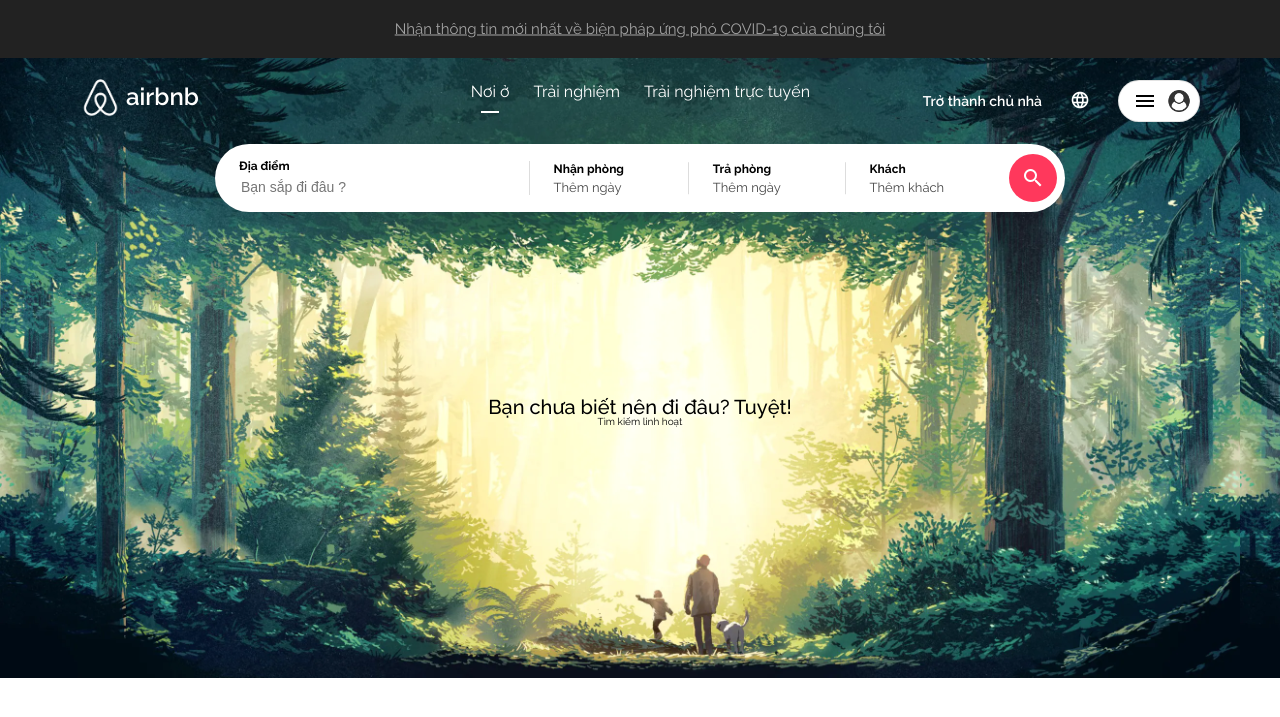
Repository: vanntrong/airbnb-clone
Page: index.html
These files come from the project's save history. The page is drawn as it stood at one moment and after a run of saves; the edit follows.
The browser window is 1280 px wide. The pictures show the whole page.

Above is the page before, as saved 2021-09-22 07:23:50.

### index.html
<!DOCTYPE html>
<html lang="en">
  <head>
    <meta charset="UTF-8" />
    <meta http-equiv="X-UA-Compatible" content="IE=edge" />
    <meta name="viewport" content="width=device-width, initial-scale=1.0" />
    <title>AirBnB</title>
    <link href="https://fonts.googleapis.com/css2?family=Material+Icons" rel="stylesheet" />
    <link rel="preconnect" href="https://fonts.googleapis.com" />
    <link rel="preconnect" href="https://fonts.gstatic.com" crossorigin />
    <link rel="preconnect" href="https://fonts.googleapis.com" />
    <link rel="preconnect" href="https://fonts.gstatic.com" crossorigin />
    <link
      href="https://fonts.googleapis.com/css2?family=Raleway:wght@200;300;400;500;600;700&display=swap"
      rel="stylesheet"
    />
    <link href="https://fonts.googleapis.com/css2?family=Material+Icons+Outlined" rel="stylesheet" />
    <link href="https://fonts.googleapis.com/css2?family=Material+Icons+Round" rel="stylesheet" />
    <link href="https://fonts.googleapis.com/css2?family=Material+Icons+Sharp" rel="stylesheet" />
    <link href="https://fonts.googleapis.com/css2?family=Material+Icons+Two+Tone" rel="stylesheet" />
    <link rel="stylesheet" href="./assets/css/reset.css" />
    <link rel="stylesheet" href="./assets/css/base.css" />
    <link rel="stylesheet" href="./assets/css/style.css" />
  </head>
  <body>
    <header class="header">
      <div class="header__covid">
        <a href="https://covid19.gov.vn/">Nhận thông tin mới nhất về biện pháp ứng phó COVID-19 của chúng tôi</a>
      </div>
      <div class="header__container">
        <nav class="header__nav">
          <div class="header__logo">
            <a href="" class="header__logo-link">
              <img src="./assets/images/logo.png" alt="Logo AirBnb" class="header__logo-img" />
              <span class="header__logo-name">airbnb</span>
            </a>
          </div>
          <div class="header__exp">
            <ul class="header__exp-list">
              <li class="header__exp-item">
                <div class="header-exp-link active">Nơi ở</div>
              </li>
              <li class="header__exp-item">
                <div class="header-exp-link">Trải nghiệm</div>
              </li>
              <li class="header__exp-item">
                <div class="header-exp-link">Trải nghiệm trực tuyến</div>
              </li>
            </ul>
          </div>
          <div class="header__user">
            <div class="header__user-register">
              <span>Trở thành chủ nhà</span>
            </div>
            <div class="header__user-language">
              <span class="material-icons-outlined"> language </span>
            </div>
            <div class="header__user-menu">
              <span class="material-icons-outlined header__user-icon"> menu </span>
              <img src="./assets/images/user-avatar.png" class="header__user-avatar" />
            </div>
          </div>
        </nav>

        <div class="header__search">
          <div class="header__search-place">
            <h4 class="header__search-text">Địa điểm</h4>
            <input type="text" placeholder="Bạn sắp đi đâu ?" class="header__search-input" />
          </div>
          <div class="header__search-room">
            <h4 class="header__search-text">Nhận phòng</h4>
            <p class="header__add-date">Thêm ngày</p>
          </div>
          <div class="header__search-room">
            <h4 class="header__search-text">Trả phòng</h4>
            <p class="header__add-date">Thêm ngày</p>
          </div>
          <div class="header__search-guest">
            <div class="header__search-wrapper">
              <h4 class="header__search-text">Khách</h4>
              <p class="header__add-date">Thêm khách</p>
            </div>
            <div class="header-guest-search">
              <span class="material-icons-outlined"> search </span>
              <!-- <p class="header-guest-text">Tìm kiếm</p> -->
            </div>
          </div>
        </div>

        <div class="header__title">
          <h2 class="header__title-text">Bạn chưa biết nên đi đâu? Tuyệt!</h2>
          <div class="header__title-btn">Tìm kiếm linh hoạt</div>
        </div>
      </div>
    </header>
    <div class="banner"></div>
    <div class="contaier"></div>
    <footer class="footer"></footer>
  </body>
</html>

### assets/css/base.css
html {
  font-family: "Raleway", sans-serif;
  font-size: 62.5%;
}
* {
  box-sizing: border-box;
}

:root {
  --text-color: #484848;
}

### assets/css/style.css
.header {
  width: 100%;
}

.header__covid {
  width: 100%;
  height: 58px;
  background-color: #222;
}

.header__covid a {
  display: inline-block;
  position: relative;
  left: 50%;
  top: 50%;
  transform: translate(-50%, -50%);
  color: #a3a3a3;
  font-size: 1.5rem;
  font-weight: 400;
}

.header__covid a:hover {
  color: #5c5c5c;
}

.header__container {
  width: 100%;
  background-image: url("../images/background.jpg");
  background-size: contain;
  height: 620px;
}

.header__nav {
  padding: 16px 80px;
  display: flex;
  align-items: flex-start;
  justify-content: space-between;
}

.header__logo {
}

.header__logo-link {
  text-decoration: none;
  color: #fff;
  font-size: 2.4rem;
  display: flex;
  align-items: center;
  font-weight: 600;
}

.header__logo-img {
  width: 40px;
  height: 46px;
  margin-right: 6px;
}

.header__exp {
  margin-top: 10px;
  margin-left: 175px;
}

.header__exp-list {
  display: flex;
  align-items: center;
}

.header-exp-link {
  color: #fff;
  font-size: 1.6rem;
  font-weight: 400;
  margin: 0 12px;
  position: relative;
  cursor: pointer;
}

.header-exp-link::after {
  content: "";
  position: absolute;
  width: 18px;
  height: 2px;
  bottom: -13px;
  left: 50%;
  transform: translateX(-50%);
  background-color: #fff;
  display: none;
}

.header-exp-link:hover {
  display: block;
  opacity: 0.6;
}

.header-exp-link:hover::after {
  display: block;
}

.header-exp-link.active::after {
  display: block;
  opacity: unset;
}

.active:hover {
  opacity: unset;
  cursor: default;
}

.header__user {
  display: flex;
  align-items: center;
}

.header__user-register {
  font-size: 1.4rem;
  font-weight: 600;
  padding: 16px;
  border-radius: 35px;
  margin-right: 10px;
  color: #fff;
}

.header__user-register:hover {
  background: rgba(238, 238, 238, 0.2);
  cursor: pointer;
}

.header__user-language {
  color: #fff;
  padding: 16px;
  margin: 0 12px 0 -14px;
  border-radius: 35px;
}

.header__user-language:hover {
  background: rgba(238, 238, 238, 0.2);
  cursor: pointer;
}

.header__user-language span {
  font-size: 2rem;
}

.header__user-menu {
  display: flex;
  align-items: center;
  padding: 4px;
  background-color: #fff;
  border-radius: 25px;
  cursor: pointer;
  border: 1px solid rgba(221, 221, 221, 0.8);
}

.header__user-icon {
  padding: 4px 6px 4px 10px;
}

.header__user-avatar {
  width: 32px;
}

.header__search {
  display: flex;
  align-items: center;
  justify-content: space-between;
  max-width: 850px;
  margin: auto;
  background-color: #fff;
  border-radius: 35px;
  /* box-shadow: 0 2px 2px #d0d0b7; */
}

.header__search-place {
  flex-grow: 2;
  padding: 16px 24px;
  height: 100%;
  position: relative;
}

.header__search-place::after {
  content: "";
  width: 0.5px;
  height: 50%;
  position: absolute;
  background-color: #ddd;
  top: 50%;
  transform: translateY(-50%);
  right: 0;
  display: block;
}

.header__search-place:hover {
  background-color: #eee;
  border-radius: 40px;
  cursor: pointer;
}

.header__search-place:hover::after {
  display: none;
}

.header__search-text {
  font-size: 1.2rem;
  font-weight: 700;
  margin-bottom: 6px;
}

.header__search-input {
  width: 100%;
  border: none;
  background-color: transparent;
  font-size: 1.4rem;
  outline: none;
}

.header__search-room {
  flex-grow: 1;
  height: 100%;
  padding: 16px 24px;
  position: relative;
}

.header__search-room::after {
  content: "";
  position: absolute;
  background-color: #ddd;
  width: 1px;
  height: 50%;
  top: 50%;
  right: 0;
  transform: translateY(-50%);
  display: block;
}

.header__search-room:hover {
  background-color: #eee;
  border-radius: 40px;
  cursor: pointer;
}

.header__search-room:hover::after {
  display: none;
}

.header__add-date {
  font-size: 1.3rem;
  color: var(--text-color);
}

.header__search-guest {
  height: 100%;
  flex-grow: 1;
  display: flex;
  justify-content: space-between;
  align-items: center;
}

.header__search-guest:hover {
  background-color: #eee;
  border-radius: 40px;
  cursor: pointer;
}

.header__search-wrapper {
  padding: 16px 24px;
}

.header-guest-search {
  background-color: #ff385c;
  color: #fff;
  width: 48px;
  height: 48px;
  border-radius: 40px;
  padding: 16px 24px;
  margin-right: 8px;
}

.header-guest-search span {
  display: inline-block;
  position: relative;
  left: 50%;
  top: 50%;
  transform: translate(-50%, -50%);
}

.header__title {
  margin-top: 185px;
  text-align: center;
}
.header__title-text {
  font-size: 2rem;
  font-weight: 500;
}
.header__title-btn {
}

Loaded but not shown: assets/css/reset.css (common file)

After the next 2 saves:
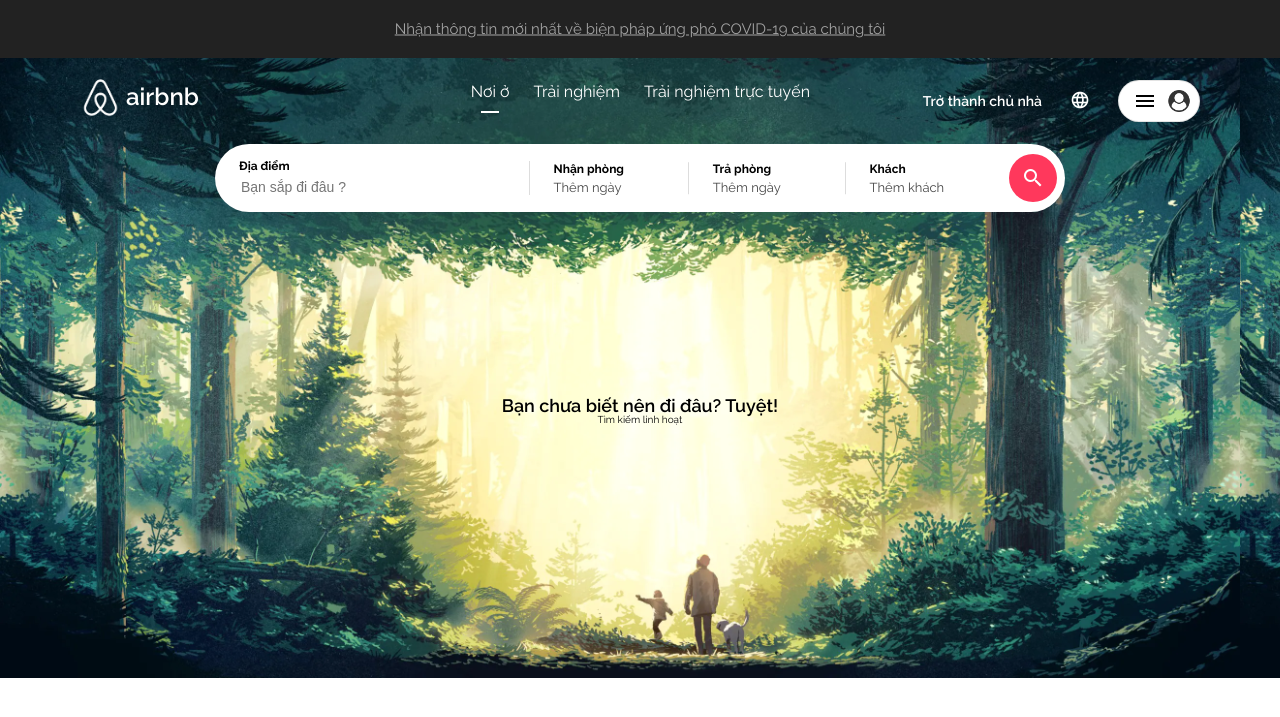
The 2 saves are shown as one change because they came seconds apart.
The last was saved 11 s later.
--- a/assets/css/style.css
+++ b/assets/css/style.css
@@ -287,8 +287,8 @@
   text-align: center;
 }
 .header__title-text {
-  font-size: 2rem;
-  font-weight: 500;
+  font-size: 1.8rem;
+  font-weight: 600;
 }
 .header__title-btn {
 }
